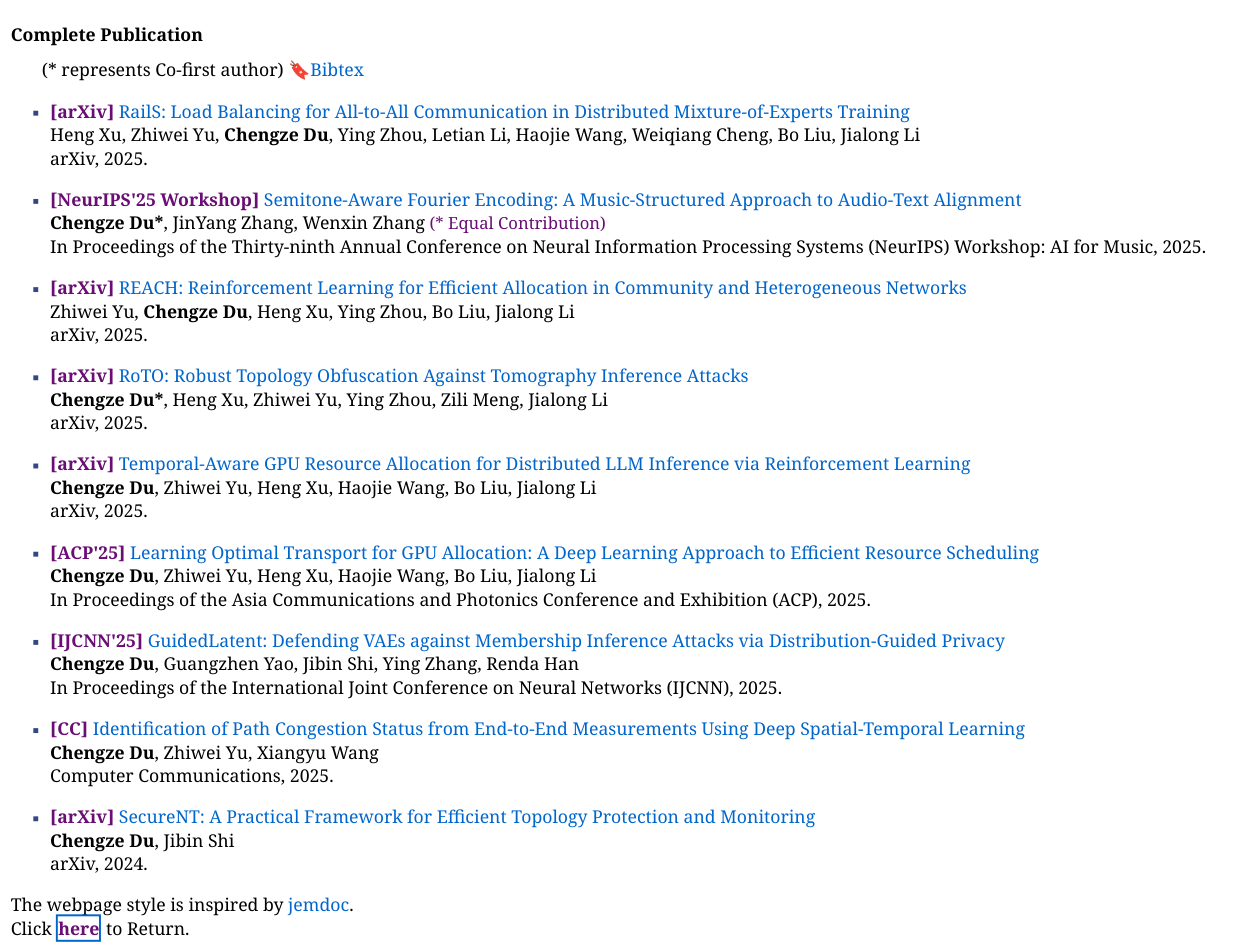
Repository: Monickar/Monickar.github.io
Page: FullPaperList.html
An editor plug-in stored every save of this project. The page is shown before and after the next save, followed by the edit.
The browser window is 1280 px wide. The pictures show the whole page, at 98% of full size.

Above is the page before, as saved 2025-10-26 17:46:13.

### FullPaperList.html

<!DOCTYPE html PUBLIC "-//W3C//DTD XHTML 1.1//EN"
  "http://www.w3.org/TR/xhtml11/DTD/xhtml11.dtd">
<html xmlns="http://www.w3.org/1999/xhtml" xml:lang="en">
<head>
<meta http-equiv="Content-Type" content="text/html;charset=utf-8" />
<meta name="viewport" content="width=device-width,initial-scale=1.0,maximum-scale=1.0,minimum-scale=1.0,user-scalable=no">
<title>Publications</title>
<style>
  * {
    font-family: Cambria, Georgia, serif;
    font-size: 18px;
  }
  a {
      color: #0066cc; /* 设置链接颜色为蓝色 */
      text-decoration: none; /* 移除下划线 */
      font-weight: 550;
  }

  a:visited {
      color: #0066cc; /* 已访问链接保持相同颜色 */
  }

  a:hover {
      color: #004499; /* 悬停时颜色变深 */
      text-decoration: underline; /* 悬停时显示下划线 */
  }

  a:active {
      color: #0066cc; /* 点击时保持相同颜色 */
  }

  a.text-with-border {
    border: 2px solid;
    font-weight: bold;
  }

  span {
    color:rgb(106, 14, 117);
    font-weight: bold;
  }
  highlight {
    color:rgb(255, 0, 0);
  }

  ul{
    list-style: square;
  }

  ul li::marker{
    color: rgb(52, 71, 133);
    font-size: 15px;
  }


  .eq {
  font-family: Cambria, Georgia, Helvetica, sans-serif;
  font-size: 17px;
  font-weight: 550;
}

</style>
</head>
<body>
<table summary="Table for page layout." id="tlayout">


<td id="layout-content">
<div id="toptitle">
<h1>Complete Publication</h1>
</div>
&ensp;&ensp;&ensp; (* represents Co-first author) <a href="./Bibtex/List.txt" style="font-size: 1.em;">🔖Bibtex</a>
<ul>

<li><p><span>[arXiv] </span><a href="https://arxiv.org/abs/2510.19262">RailS: Load Balancing for All-to-All Communication in Distributed Mixture-of-Experts Training</a><br>
Heng Xu, Zhiwei Yu, <strong>Chengze Du</strong>, Ying Zhou, Letian Li, Haojie Wang, Weiqiang Cheng, Bo Liu, Jialong Li<br>
arXiv, 2025.</p></li>


<li><p><span>[NeurIPS'25 Workshop] </span><a href=""> Semitone-Aware Fourier Encoding: A Music-Structured Approach to Audio-Text Alignment</a><br>
<strong>Chengze Du*</strong>, JinYang Zhang, Wenxin Zhang <span class="eq">(* Equal Contribution) </span>  <br>
In Proceedings of the Thirty-ninth Annual Conference on Neural Information Processing Systems (NeurIPS) Workshop: AI for Music, 2025.
<br>
</p></li>

<li><p><span>[arXiv] </span><a href="https://arxiv.org/abs/2508.12857">REACH: Reinforcement Learning for Efficient Allocation in Community and Heterogeneous Networks</a><br>
Zhiwei Yu, <strong>Chengze Du</strong>, Heng Xu, Ying Zhou, Bo Liu, Jialong Li<br>
arXiv, 2025.</p></li>


<li><p><span>[arXiv] </span><a href="https://arxiv.org/abs/2508.12852">RoTO: Robust Topology Obfuscation Against Tomography Inference Attacks</a><br>
<strong>Chengze Du*</strong>, Heng Xu, Zhiwei Yu, Ying Zhou, Zili Meng, Jialong Li <br>
arXiv, 2025.</p></li>


<li><p><span>[arXiv] </span><a href="https://arxiv.org/abs/2507.10259">Temporal-Aware GPU Resource Allocation for Distributed LLM Inference via Reinforcement Learning</a><br>
<strong>Chengze Du</strong>, Zhiwei Yu, Heng Xu, Haojie Wang, Bo Liu, Jialong Li <br>
arXiv, 2025.</p></li>


<li><p><span>[ACP'25] </span><a href="">Learning Optimal Transport for GPU Allocation: A Deep Learning Approach to Efficient Resource Scheduling</a><br>
<strong>Chengze Du</strong>, Zhiwei Yu, Heng Xu, Haojie Wang, Bo Liu, Jialong Li<br>
In Proceedings of the Asia Communications and Photonics Conference and Exhibition (ACP), 2025.
<br>
</p></li>


<li><p><span>[IJCNN'25] </span><a href=""> GuidedLatent: Defending VAEs against Membership Inference Attacks via Distribution-Guided Privacy</a><br>
<strong>Chengze Du</strong>, Guangzhen Yao, Jibin Shi, Ying Zhang, Renda Han<br>
In Proceedings of the International Joint Conference on Neural Networks (IJCNN), 2025.
<br>
</p></li>


<li><p><span>[CC] </span><a href="https://www.sciencedirect.com/science/article/pii/S0140366425001513">	Identification of Path Congestion Status from End-to-End Measurements Using Deep Spatial-Temporal Learning</a><br>
<strong>Chengze Du</strong>, Zhiwei Yu, Xiangyu Wang<br>
Computer Communications, 2025. </p></li>


<li><p><span>[arXiv] </span><a href="https://arxiv.org/abs/2412.08177v1">SecureNT: A Practical Framework for Efficient Topology Protection and Monitoring</a><br>
<strong>Chengze Du</strong>, Jibin Shi <br>
arXiv, 2024.</p></li>


</ul>
<div id="footer">
<div id="footer-text" float="right">
The webpage style is inspired by <a href="http://jemdoc.jaboc.net/">jemdoc</a>. <br>
Click <a href="index.html" class="text-with-border"><span >here</span></a> to Return.
</div>
</div>

</td>
</table>
</body>
</html>

<!--
    <tr>
      <td style="padding:16px;width:20%;vertical-align:top">
        <div class="one">
          <img src="images/SecureNT-2.png" class="bottom" alt="SecureNT alternate" width="180" height="100">
          <img src="images/SecureNT.png" class="top" alt="SecureNT" style="width:180px; height:100px;">
        </div>
      </td>
      <td style="padding:8px;width:80%;vertical-align:top">
        <a href="https://link.springer.com/chapter/10.1007/978-981-96-9914-8_9">
			<span class="papertitle">SecureNT: Smart Topology Obfuscation for Privacy-Aware Network Monitoring
        </a>
        <br>
				<strong>Chengze Du</strong>,
                Jibin Shi,
                Hui Xu,
                Guangzhen Yao
        <br>
        <em>  International Conference on Intelligent Computing &nbsp <strong>(ICIC 2025)</strong> </em>
        <br>
        <a href="https://gitee.com/Monickar/secure-nt" style="font-size: 0.8em;">[📁Code]</a>
        <a href="./files/ICIC_2025.pdf" style="font-size: 0.8em;">[📜Paper]</a>
        <a href="https://arxiv.org/abs/2412.08177" style="font-size: 0.8em;">[😀arXiv]</a>  &nbsp <font color="#FF646D"> <strong>Oral</strong></font>

      </td>
    </tr>
    /Corresponding

-->

After the next save:
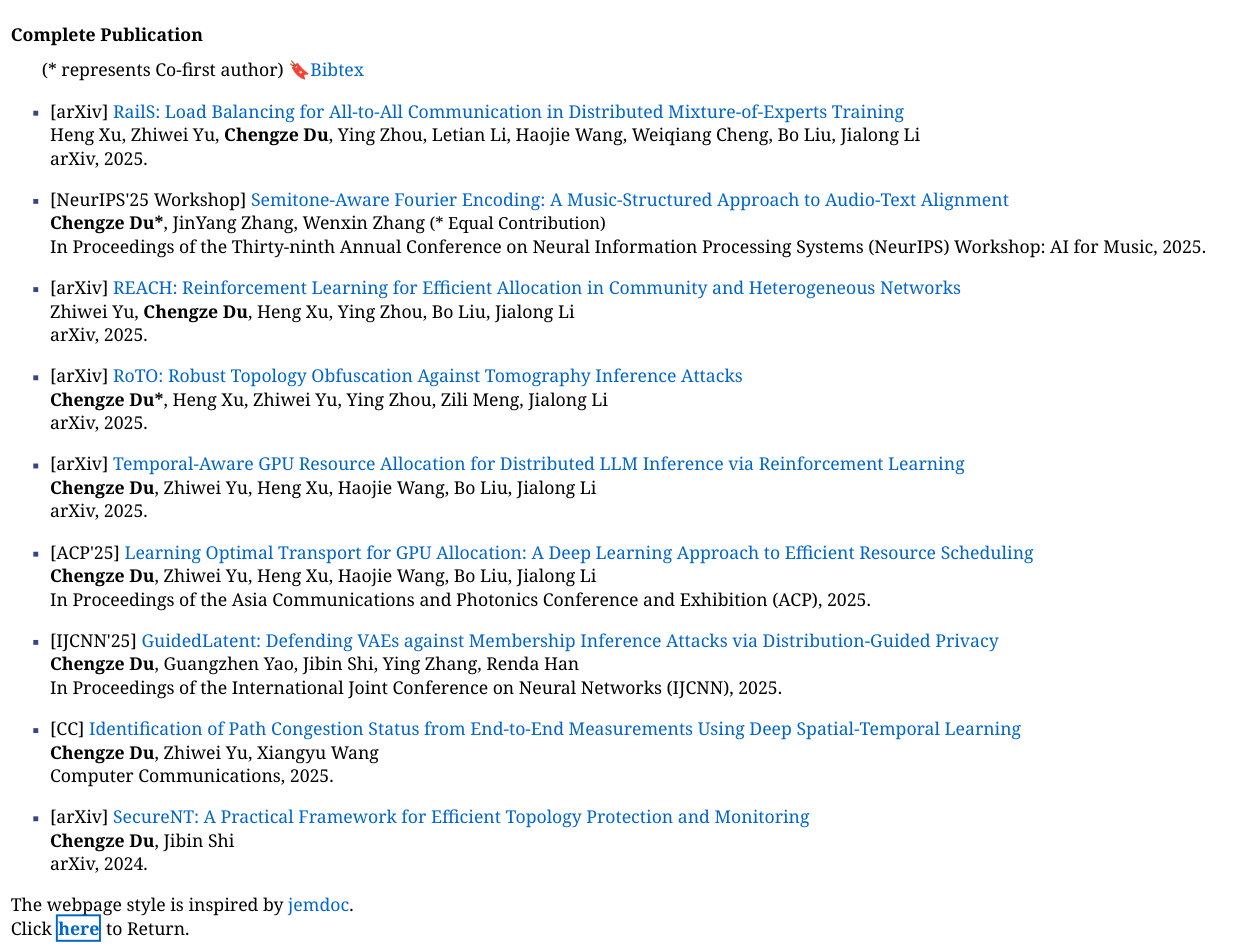
Saved 22 s later.
--- a/FullPaperList.html
+++ b/FullPaperList.html
@@ -35,7 +35,7 @@
     font-weight: bold;
   }
 
-  span {
+  . {
     color:rgb(106, 14, 117);
     font-weight: bold;
   }
